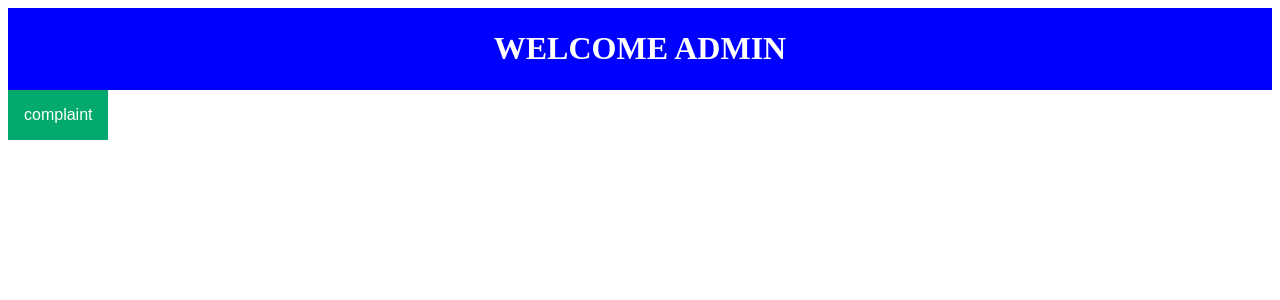
Repository: Jobinte/KSEB-PROJECT
Page: KSEB-complaint-management/WebContent/admin.html
These files come from the project's save history. The page is drawn as it stood at one moment and after the next save; the edit follows.
The browser window is 1280 px wide. The pictures show the whole page.

Above is the page before, as saved 2023-11-21 09:41:29.

### KSEB-complaint-management/WebContent/admin.html
<!DOCTYPE html>
<html>
<head>
<meta charset="ISO-8859-1">
<title>admin</title>
<link href="css/admin.css" rel="stylesheet" type="text/css" />
</head>
<body>
 <div class="header">
        <h1>WELCOME ADMIN</h1>
    </div>
<div class="dropdown">
  <button class="dropbtn">complaint</button>
  <div class="dropdown-content">
    <a href="#"> Register complaint </a>
    <a href="#"> editcomplaint </a>
    <a href="#"> complaint status</a>
  </div>
</div>



</body>
</html>

### KSEB-complaint-management/WebContent/css/admin.css
 .header {
            background-color:blue;
            color: white;
            text-align: center;
            padding: 1px;
        }

.dropbtn {
	background-color: #04AA6D;
	color: white;
	padding: 16px;
	font-size: 16px;
	border: none;
}

.dropdown {
	position: relative;
	display: inline-block;
}

.dropdown-content {
	display: none;
	position: absolute;
	background-color: #f1f1f1;
	min-width: 160px;
	box-shadow: 0px 8px 16px 0px rgba(0, 0, 0, 0.2);
	z-index: 1;
}

.dropdown-content a {
	color: black;
	padding: 12px 16px;
	text-decoration: none;
	display: block;
}

.dropdown-content a:hover {
	background-color: #ddd;
}

.dropdown:hover .dropdown-content {
	display: block;
}

.dropdown:hover .dropbtn {
	background-color: #3e8e41;
}

After the next save:
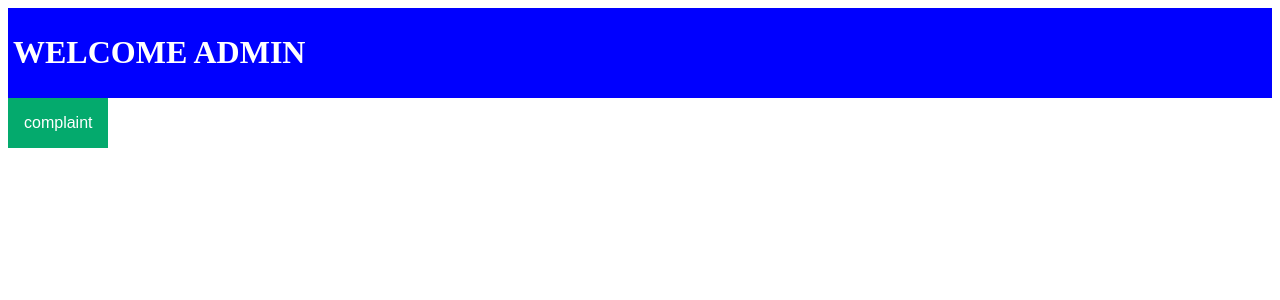
Saved 2 min 32 s later.
--- a/KSEB-complaint-management/WebContent/css/admin.css
+++ b/KSEB-complaint-management/WebContent/css/admin.css
@@ -1,8 +1,8 @@
  .header {
             background-color:blue;
             color: white;
-            text-align: center;
-            padding: 1px;
+            text-align: left;
+            padding: 5px;
         }
 
 .dropbtn {
